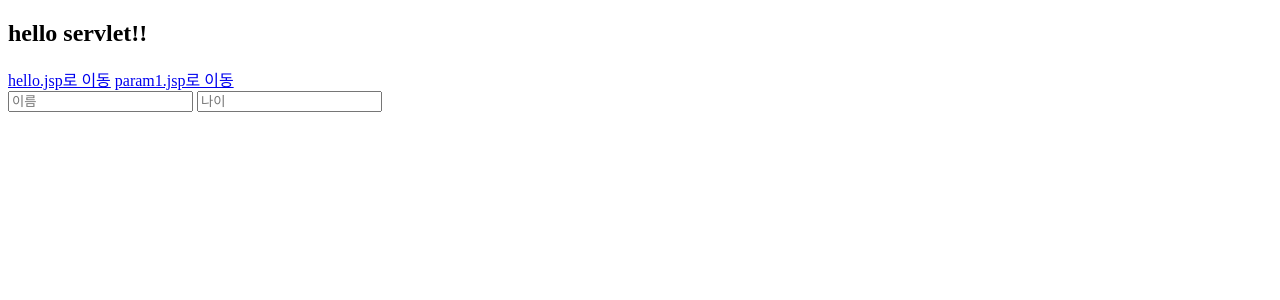
Repository: guguping/finalTestStudy
Page: http://localhost/project_20230727/
An editor plug-in stored every save of this project. The page is shown before and after the next save, followed by the edit.
The browser window is 1280 px wide. The pictures show the whole page.
The page is served by Tomcat 9.

Above is the page before, as saved 2023-07-27 02:02:55.

After the next save:
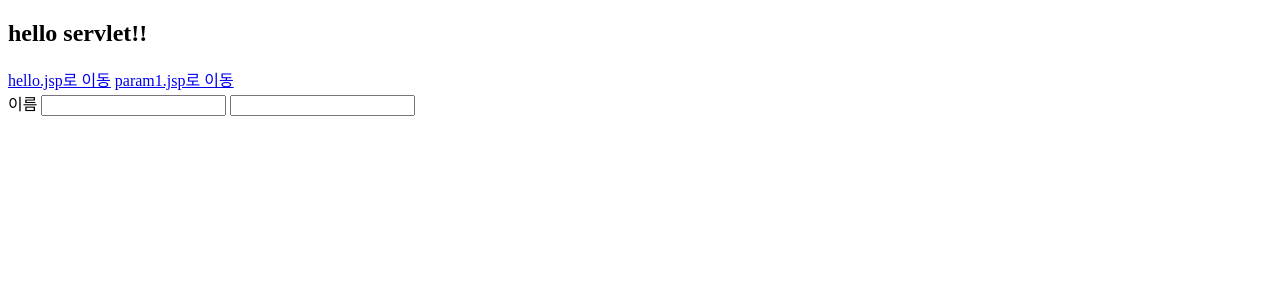
Saved 30 s later.
--- a/project_20230727/src/main/webapp/index.jsp
+++ b/project_20230727/src/main/webapp/index.jsp
@@ -14,8 +14,9 @@
 	<!-- form태그를 이용하여 이름(name), 나이(age)를 각각 입력 받아서
 		post 방식으로 param2.jsp로 전송하고 param2.jsp에서 입력값을 출력해 봅시다. -->
 	<form method="post" action = "param2.jsp">
-	<input type="text" placeholder="이름">
-	<input type="text" placeholder="나이">
+	<label>이름</label>
+	<input type="text">
+	<input type="text">
 	</form>
 </body>
 </html>
